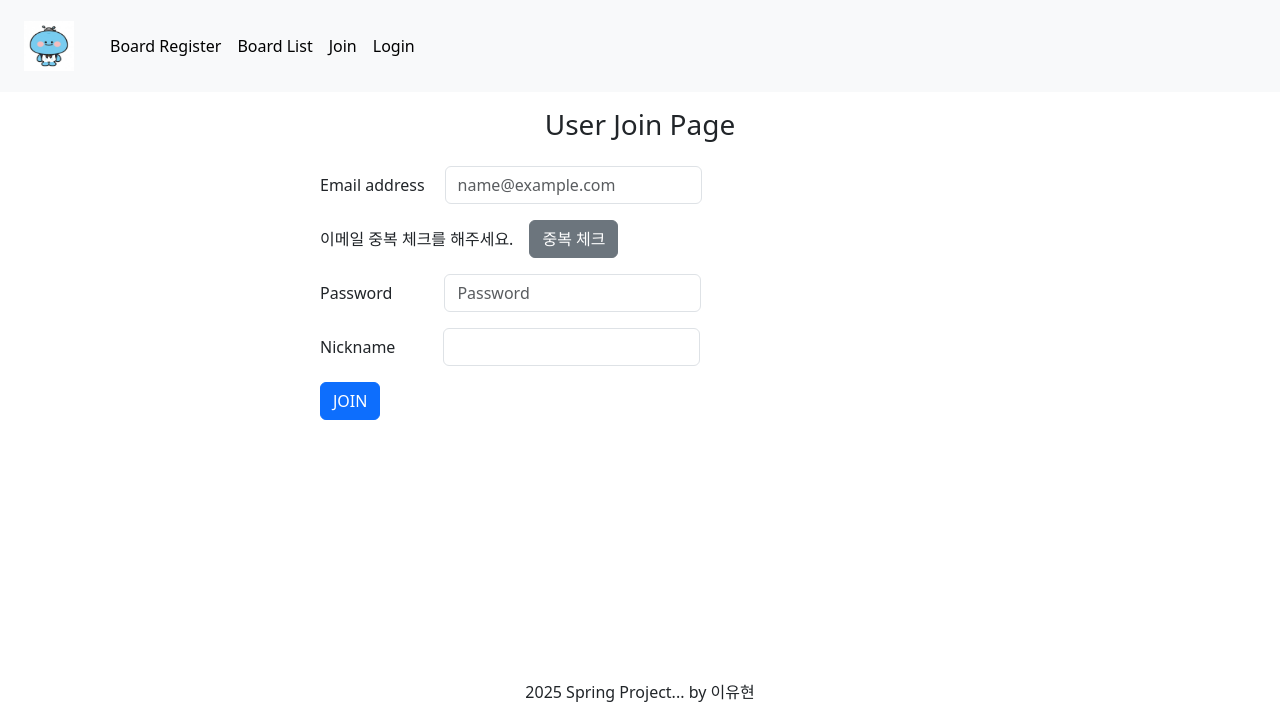
Repository: LeeYouHyeon/6.Spring
Page: http://localhost/spring_project/WEB-INF/views/user/register.jsp
These files come from the project's save history. The page is drawn as it stood at one moment and after the next save; the edit follows.
The browser window is 1280 px wide. The pictures show the whole page.
The page is served by Tomcat 9. Nobody is signed in. The template is opened directly, without the code that normally fills it, so the values that code supplies are empty.

Above is the page before, as saved 2025-06-10 06:26:59.

After the next save:
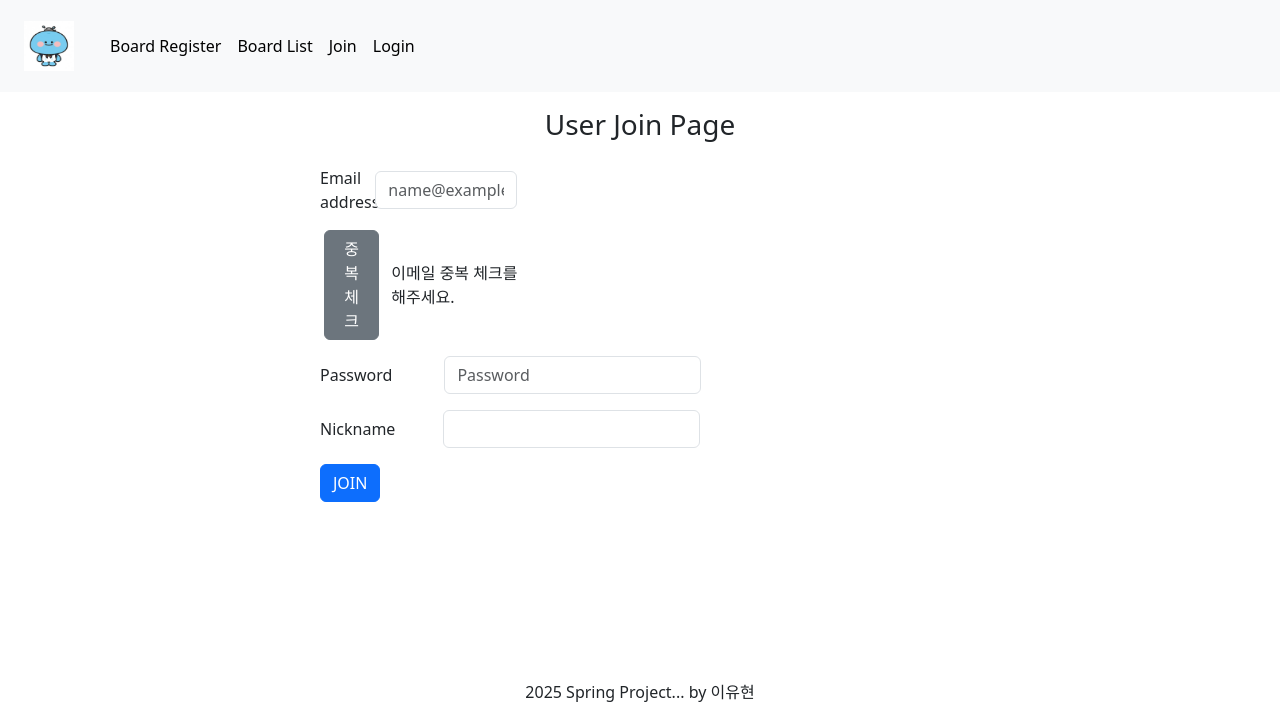
Saved 2 min 28 s later.
--- a/spring_project/src/main/webapp/WEB-INF/views/user/register.jsp
+++ b/spring_project/src/main/webapp/WEB-INF/views/user/register.jsp
@@ -5,9 +5,9 @@
 <div class="w-50 mt-3 mx-auto">
 	<form action="/user/register" method="post" class="container mt-3 px-0">
 		<h3 class="text-center">User Join Page</h3>
-		<div class="mt-4 mb-3 d-flex align-items-center">
-			<div class="me-3 pe-1">Email address</div>
-			<div class="me-3">
+		<div class="mt-4 mb-3 row align-items-center">
+			<div class="col-1">Email address</div>
+			<div class="col-3">
 				<input type="text"
 					class="form-control"
 					id="email"
@@ -16,9 +16,9 @@
 					required>
 			</div>
 		</div>
-		<div class="mb-3 d-flex align-items-center">
-			<div id="emailCheckStmt">이메일 중복 체크를 해주세요.</div>
-			<button type="button" id="emailCheckBtn" class="btn btn-secondary ms-3">중복 체크</button>
+		<div class="mb-3 row align-items-center">
+			<button type="button" id="emailCheckBtn" class="btn btn-secondary ms-3 col-1">중복 체크</button>
+			<div class="col-3" id="emailCheckStmt">이메일 중복 체크를 해주세요.</div>
 		</div>
 		<div class="mb-3 d-flex align-items-center">
 			<div class="me-5 pe-1">Password</div>
